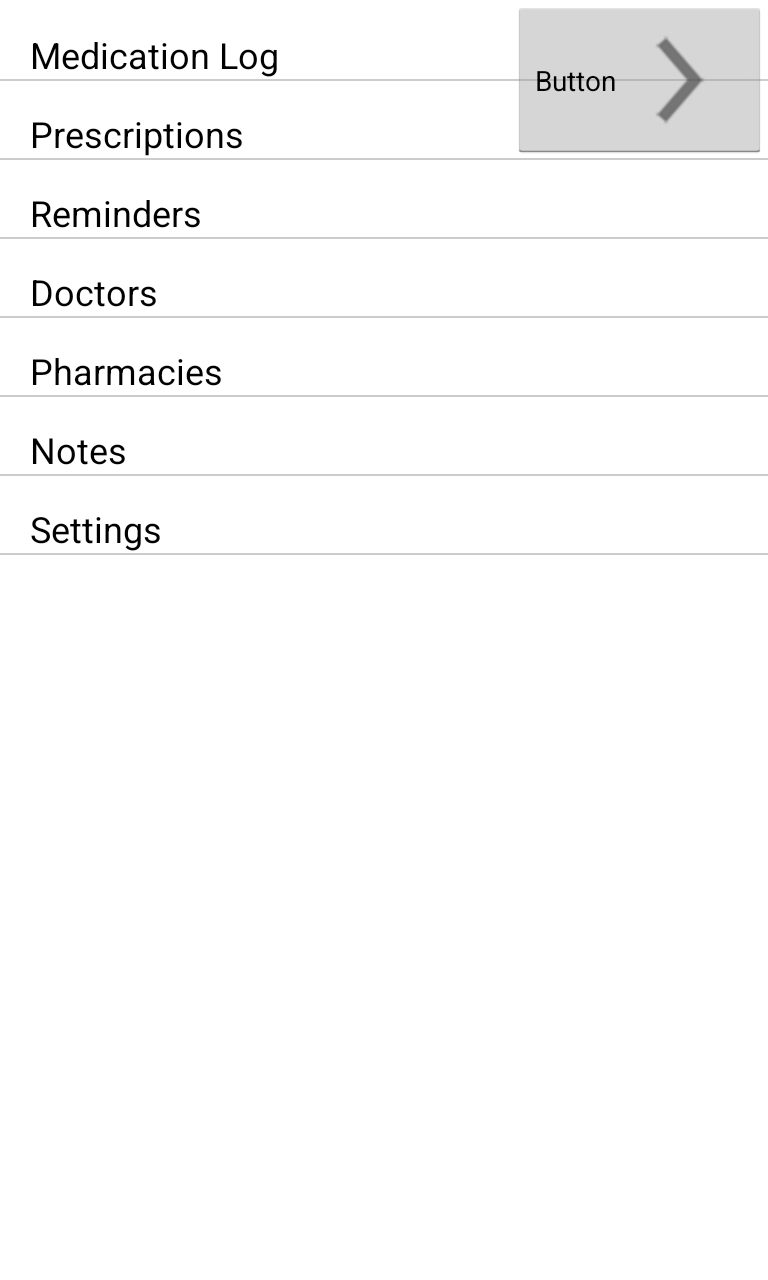
Repository: ranika/pilltracker
Layout: PillTracker/res/layout/fragment_main.xml
The author's editor kept a copy of each file at every save. The layout is drawn from the files as they stood at one save, then again after the next save.
It is drawn on a 768 x 1280 px phone screen (xhdpi) without system bars, with theme AppTheme; the app's code is not run.

Above is the layout before, as saved 2014-04-10 02:48:12.

After the next save:
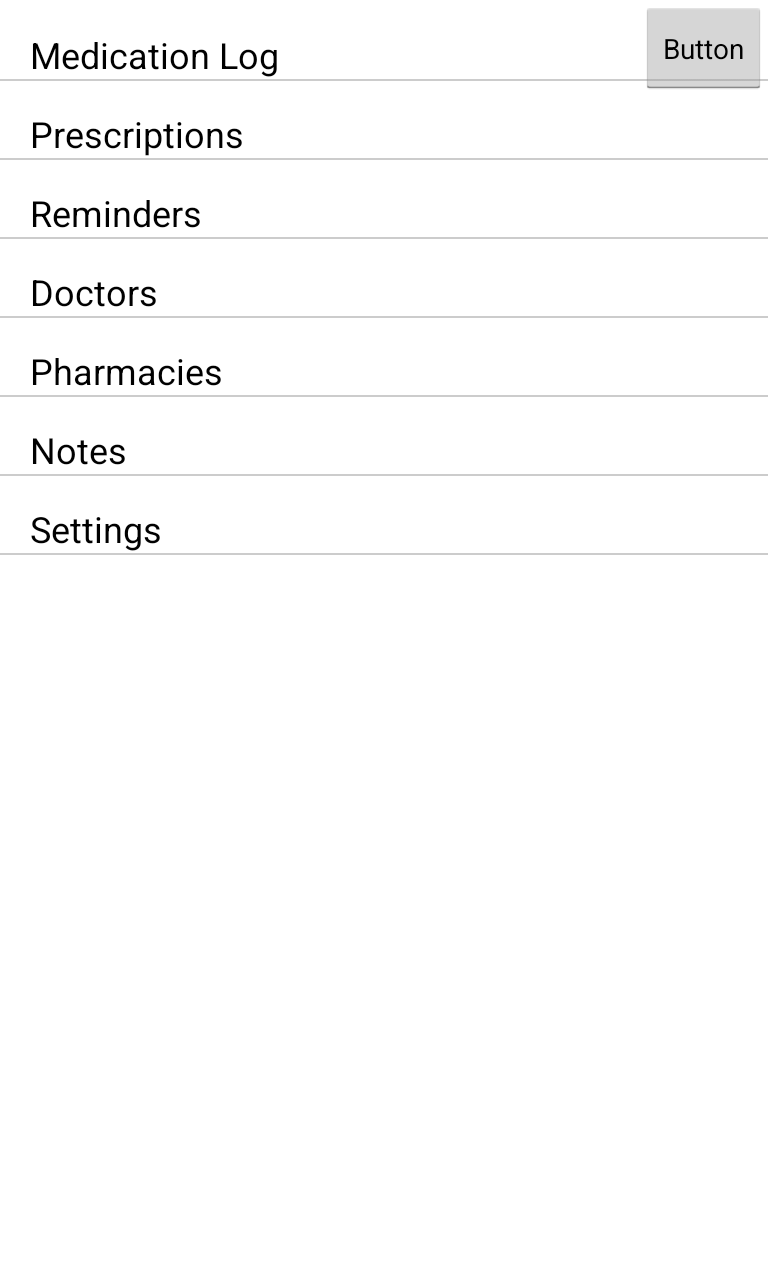
Saved 3 min 28 s later.
--- a/PillTracker/res/layout/fragment_main.xml
+++ b/PillTracker/res/layout/fragment_main.xml
@@ -136,7 +136,7 @@
         android:layout_height="wrap_content"
         android:layout_alignParentRight="true"
         android:layout_alignParentTop="true"
-        android:drawableRight="@drawable/arrow"
+
         android:text="Button" />
 
 </RelativeLayout>

After the save that followed:
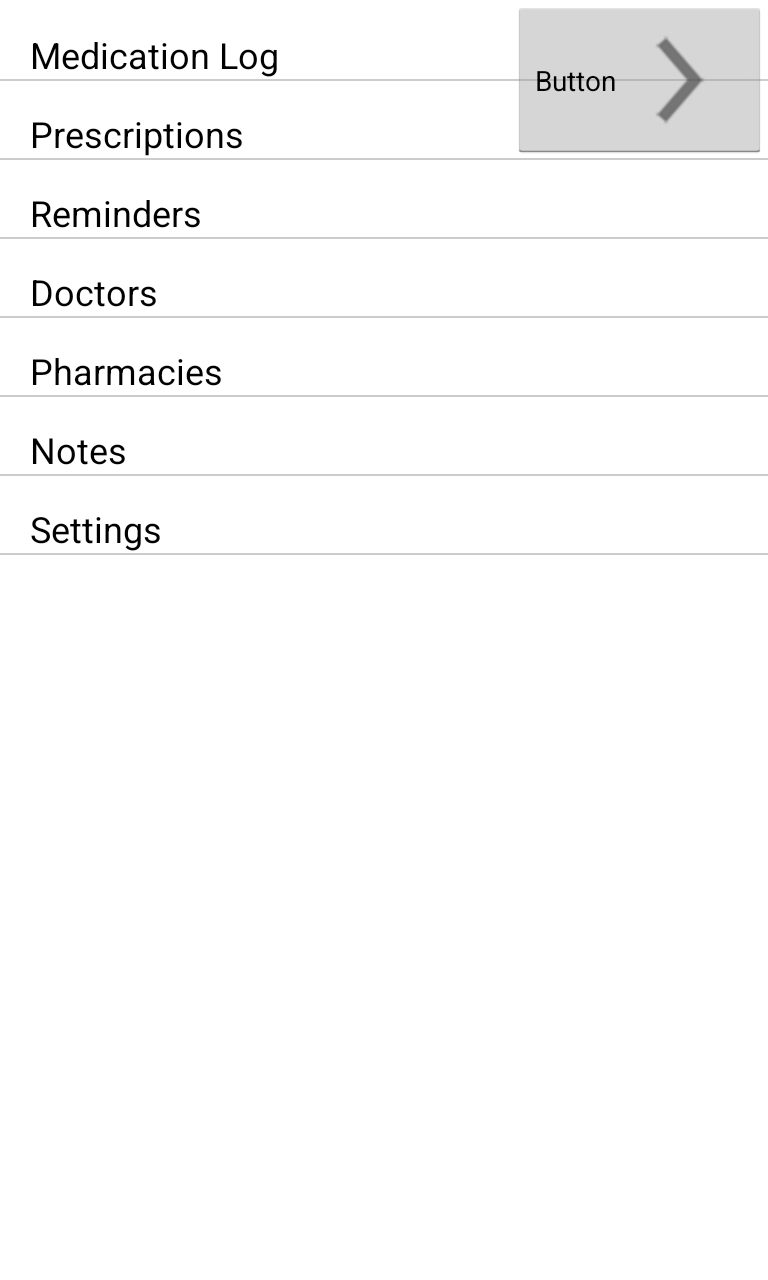
Saved 54 s later.
--- a/PillTracker/res/layout/fragment_main.xml
+++ b/PillTracker/res/layout/fragment_main.xml
@@ -136,7 +136,7 @@
         android:layout_height="wrap_content"
         android:layout_alignParentRight="true"
         android:layout_alignParentTop="true"
-
+        android:drawableRight="@drawable/arrow"
         android:text="Button" />
 
 </RelativeLayout>
